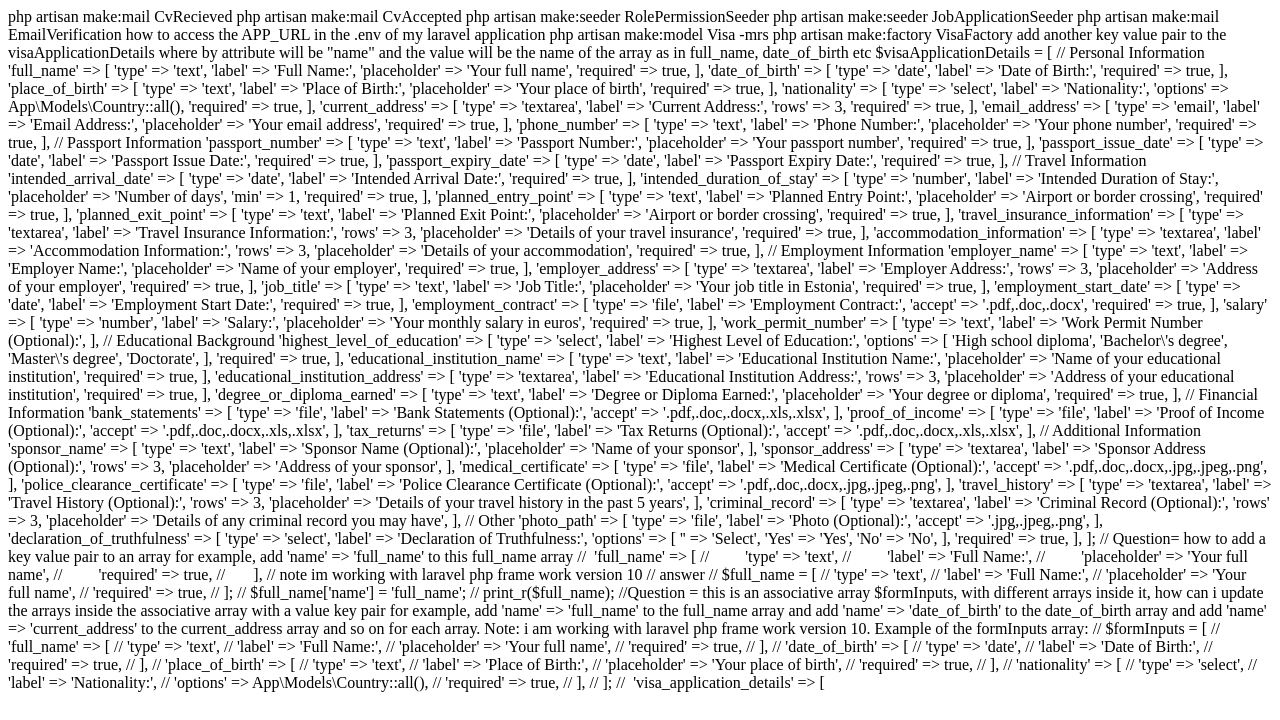
Repository: greatchriz/job
Page: project.html
These files come from the project's save history. The page is drawn as it stood at one moment and after the next save; the edit follows.
The browser window is 1280 px wide. The pictures show the whole page.

Above is the page before, as saved 2023-12-08 15:53:43.

### project.html
php artisan make:mail CvRecieved

php artisan make:mail CvAccepted


php artisan make:seeder RolePermissionSeeder


php artisan make:seeder JobApplicationSeeder

php artisan make:mail EmailVerification

how to access the APP_URL in the .env of my laravel application

php artisan make:model Visa -mrs

php artisan make:factory VisaFactory

<!-- question -->
add another key value pair to the visaApplicationDetails where by attribute will be "name" and the value will be the name of the array as in full_name, date_of_birth etc

<!-- visaApplicationDetails -->

$visaApplicationDetails = [
    // Personal Information
    'full_name' => [
        'type' => 'text',
        'label' => 'Full Name:',
        'placeholder' => 'Your full name',
        'required' => true,
    ],
    'date_of_birth' => [
        'type' => 'date',
        'label' => 'Date of Birth:',
        'required' => true,
    ],
    'place_of_birth' => [
        'type' => 'text',
        'label' => 'Place of Birth:',
        'placeholder' => 'Your place of birth',
        'required' => true,
    ],
    'nationality' => [
        'type' => 'select',
        'label' => 'Nationality:',
        'options' => App\Models\Country::all(),
        'required' => true,
    ],
    'current_address' => [
        'type' => 'textarea',
        'label' => 'Current Address:',
        'rows' => 3,
        'required' => true,
    ],
    'email_address' => [
        'type' => 'email',
        'label' => 'Email Address:',
        'placeholder' => 'Your email address',
        'required' => true,
    ],
    'phone_number' => [
        'type' => 'text',
        'label' => 'Phone Number:',
        'placeholder' => 'Your phone number',
        'required' => true,
    ],

    // Passport Information
    'passport_number' => [
        'type' => 'text',
        'label' => 'Passport Number:',
        'placeholder' => 'Your passport number',
        'required' => true,
    ],
    'passport_issue_date' => [
        'type' => 'date',
        'label' => 'Passport Issue Date:',
        'required' => true,
    ],
    'passport_expiry_date' => [
        'type' => 'date',
        'label' => 'Passport Expiry Date:',
        'required' => true,
    ],

    // Travel Information
    'intended_arrival_date' => [
        'type' => 'date',
        'label' => 'Intended Arrival Date:',
        'required' => true,
    ],
    'intended_duration_of_stay' => [
        'type' => 'number',
        'label' => 'Intended Duration of Stay:',
        'placeholder' => 'Number of days',
        'min' => 1,
        'required' => true,
    ],
    'planned_entry_point' => [
        'type' => 'text',
        'label' => 'Planned Entry Point:',
        'placeholder' => 'Airport or border crossing',
        'required' => true,
    ],
    'planned_exit_point' => [
        'type' => 'text',
        'label' => 'Planned Exit Point:',
        'placeholder' => 'Airport or border crossing',
        'required' => true,
    ],
    'travel_insurance_information' => [
        'type' => 'textarea',
        'label' => 'Travel Insurance Information:',
        'rows' => 3,
        'placeholder' => 'Details of your travel insurance',
        'required' => true,
    ],
    'accommodation_information' => [
        'type' => 'textarea',
        'label' => 'Accommodation Information:',
        'rows' => 3,
        'placeholder' => 'Details of your accommodation',
        'required' => true,
    ],

    // Employment Information
    'employer_name' => [
        'type' => 'text',
        'label' => 'Employer Name:',
        'placeholder' => 'Name of your employer',
        'required' => true,
    ],
    'employer_address' => [
        'type' => 'textarea',
        'label' => 'Employer Address:',
        'rows' => 3,
        'placeholder' => 'Address of your employer',
        'required' => true,
    ],
    'job_title' => [
        'type' => 'text',
        'label' => 'Job Title:',
        'placeholder' => 'Your job title in Estonia',
        'required' => true,
    ],

    'employment_start_date' => [
    'type' => 'date',
    'label' => 'Employment Start Date:',
    'required' => true,
],
'employment_contract' => [
    'type' => 'file',
    'label' => 'Employment Contract:',
    'accept' => '.pdf,.doc,.docx',
    'required' => true,
],
'salary' => [
    'type' => 'number',
    'label' => 'Salary:',
    'placeholder' => 'Your monthly salary in euros',
    'required' => true,
],
'work_permit_number' => [
    'type' => 'text',
    'label' => 'Work Permit Number (Optional):',
],

// Educational Background
'highest_level_of_education' => [
    'type' => 'select',
    'label' => 'Highest Level of Education:',
    'options' => [
        'High school diploma',
        'Bachelor\'s degree',
        'Master\'s degree',
        'Doctorate',
    ],
    'required' => true,
],
'educational_institution_name' => [
    'type' => 'text',
    'label' => 'Educational Institution Name:',
    'placeholder' => 'Name of your educational institution',
    'required' => true,
],
'educational_institution_address' => [
    'type' => 'textarea',
    'label' => 'Educational Institution Address:',
    'rows' => 3,
    'placeholder' => 'Address of your educational institution',
    'required' => true,
],
'degree_or_diploma_earned' => [
    'type' => 'text',
    'label' => 'Degree or Diploma Earned:',
    'placeholder' => 'Your degree or diploma',
    'required' => true,
],

// Financial Information
'bank_statements' => [
    'type' => 'file',
    'label' => 'Bank Statements (Optional):',
    'accept' => '.pdf,.doc,.docx,.xls,.xlsx',
],
'proof_of_income' => [
    'type' => 'file',
    'label' => 'Proof of Income (Optional):',
    'accept' => '.pdf,.doc,.docx,.xls,.xlsx',
],
'tax_returns' => [
    'type' => 'file',
    'label' => 'Tax Returns (Optional):',
    'accept' => '.pdf,.doc,.docx,.xls,.xlsx',
],

// Additional Information
'sponsor_name' => [
    'type' => 'text',
    'label' => 'Sponsor Name (Optional):',
    'placeholder' => 'Name of your sponsor',
],
'sponsor_address' => [
    'type' => 'textarea',
    'label' => 'Sponsor Address (Optional):',
    'rows' => 3,
    'placeholder' => 'Address of your sponsor',
],
'medical_certificate' => [
    'type' => 'file',
    'label' => 'Medical Certificate (Optional):',
    'accept' => '.pdf,.doc,.docx,.jpg,.jpeg,.png',
],
'police_clearance_certificate' => [
    'type' => 'file',
    'label' => 'Police Clearance Certificate (Optional):',
    'accept' => '.pdf,.doc,.docx,.jpg,.jpeg,.png',
],
'travel_history' => [
    'type' => 'textarea',
    'label' => 'Travel History (Optional):',
    'rows' => 3,
    'placeholder' => 'Details of your travel history in the past 5 years',
],
'criminal_record' => [
    'type' => 'textarea',
    'label' => 'Criminal Record (Optional):',
    'rows' => 3,
    'placeholder' => 'Details of any criminal record you may have',
],

// Other
'photo_path' => [
    'type' => 'file',
    'label' => 'Photo (Optional):',
    'accept' => '.jpg,.jpeg,.png',
],
'declaration_of_truthfulness' => [
    'type' => 'select',
    'label' => 'Declaration of Truthfulness:',
    'options' => [
        '' => 'Select',
        'Yes' => 'Yes',
        'No' => 'No',
    ],
    'required' => true,
],
];




// Question= how to add a key value pair to an array for example, add 'name' => 'full_name' to this full_name array
//  'full_name' => [
//         'type' => 'text',
//         'label' => 'Full Name:',
//         'placeholder' => 'Your full name',
//         'required' => true,
//       ],
// note im working with laravel php frame work version 10

// answer
// $full_name = [
//     'type' => 'text',
//     'label' => 'Full Name:',
//     'placeholder' => 'Your full name',
//     'required' => true,
// ];

// $full_name['name'] = 'full_name';

// print_r($full_name);

//Question = this is an associative array $formInputs, with different arrays inside it, how can i update the arrays inside the associative array with a value key pair for example, add 'name' => 'full_name' to the full_name array and add 'name' => 'date_of_birth' to the date_of_birth array and add 'name' => 'current_address' to the current_address array and so on for each array. Note: i am working with laravel php frame work version 10. Example of the formInputs array:
// $formInputs = [
//     'full_name' => [
//         'type' => 'text',
//         'label' => 'Full Name:',
//         'placeholder' => 'Your full name',
//         'required' => true,
//     ],
//     'date_of_birth' => [
//         'type' => 'date',
//         'label' => 'Date of Birth:',
//         'required' => true,
//     ],
//     'place_of_birth' => [
//         'type' => 'text',
//         'label' => 'Place of Birth:',
//         'placeholder' => 'Your place of birth',
//         'required' => true,
//     ],
//     'nationality' => [
//         'type' => 'select',
//         'label' => 'Nationality:',
//         'options' => App\Models\Country::all(),
//         'required' => true,
//     ],
// ];

//  'visa_application_details' => [

After the next save:
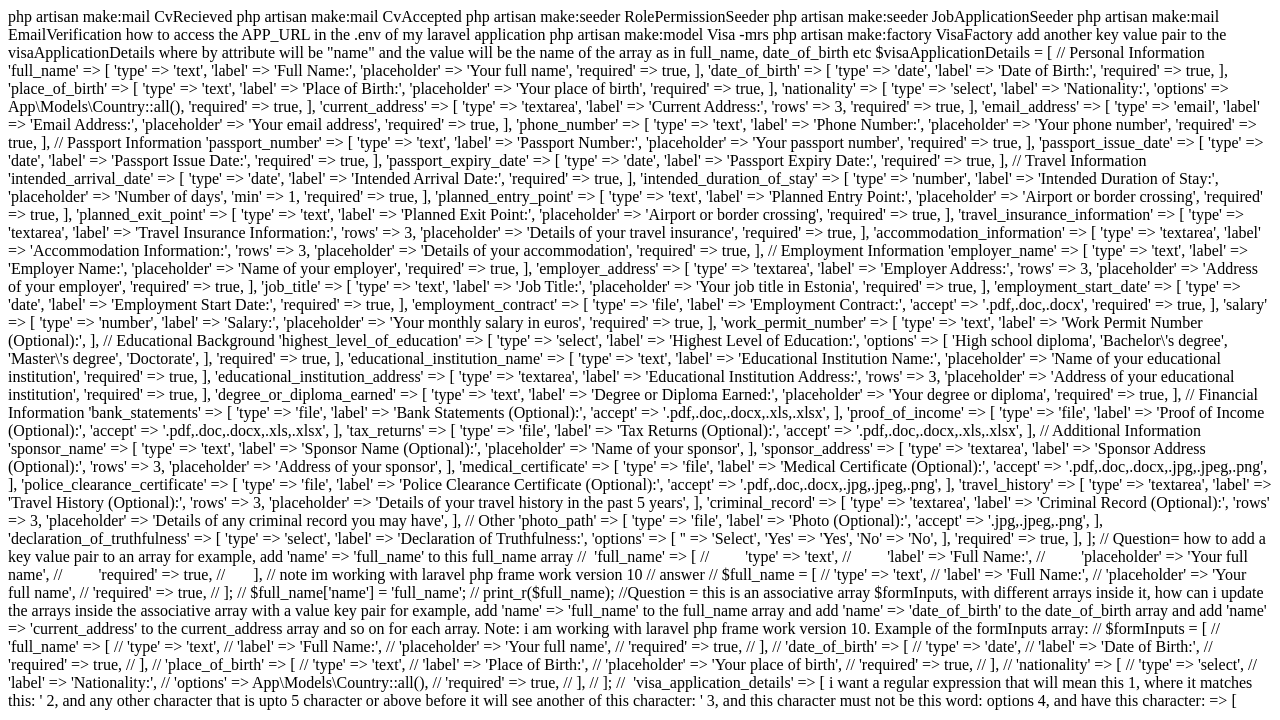
Saved 15 min 17 s later.
--- a/project.html
+++ b/project.html
@@ -320,3 +320,9 @@ $visaApplicationDetails = [
 // ];
 
 //  'visa_application_details' => [
+
+i want a regular expression that will mean this
+1, where it matches this: '
+2, and any other character that is upto 5 character or above before it will see another of this character: '
+3, and this character must not be this word: options
+4, and have this character: => [
